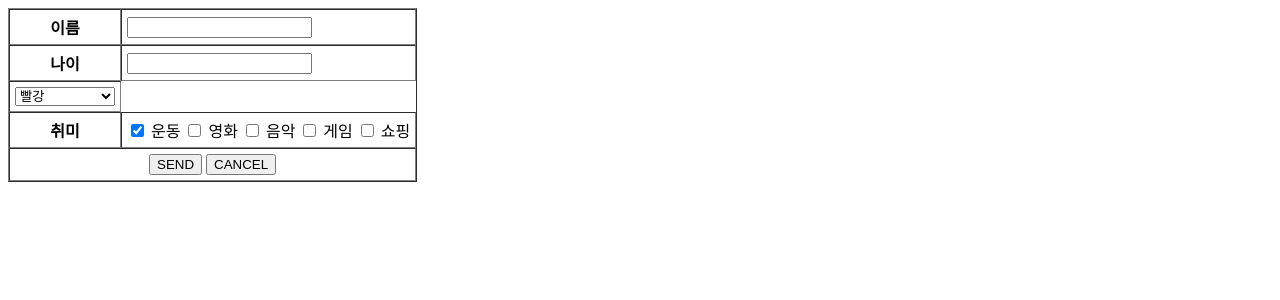
Repository: Gmajorlist/HTML
Page: http://localhost/el_jstl/jstl/jstlInput.jsp
The author's editor kept a copy of each file at every save. The page is drawn from the files as they stood at one save, then again after the next save.
The browser window is 1280 px wide. The pictures show the whole page.
The page is served by Tomcat 9.

Above is the page before, as saved 2023-03-17 08:35:42.

After the next save:
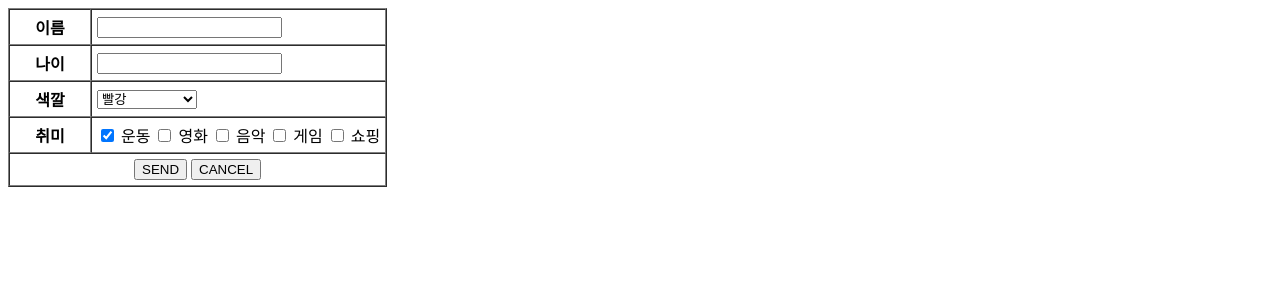
Saved 2 min 35 s later.
--- a/el_jstl/src/main/webapp/jstl/jstlInput.jsp
+++ b/el_jstl/src/main/webapp/jstl/jstlInput.jsp
@@ -18,16 +18,17 @@
 			<td><input type="text" name="age"></td>
 		</tr>
 		<tr>
+			<th width="70" align="center">색깔</th>
 			<td>
-			<select name="color" id="color" style="width:100px;">
-				<optgroup label="색깔">
+				<select name="color" id="color" style="width:100px;">
+					<optgroup label="색깔">
 					<option value="red">빨강</option>
 					<option value="green">초록</option>
 					<option value="blue">파랑</option>
 					<option value="magenta">보라</option>
 					<option value="cyan">하늘</option>
-				</optgroup>
-			</select>
+					</optgroup>
+				</select>
 			</td>
 		</tr>
 		<tr>
